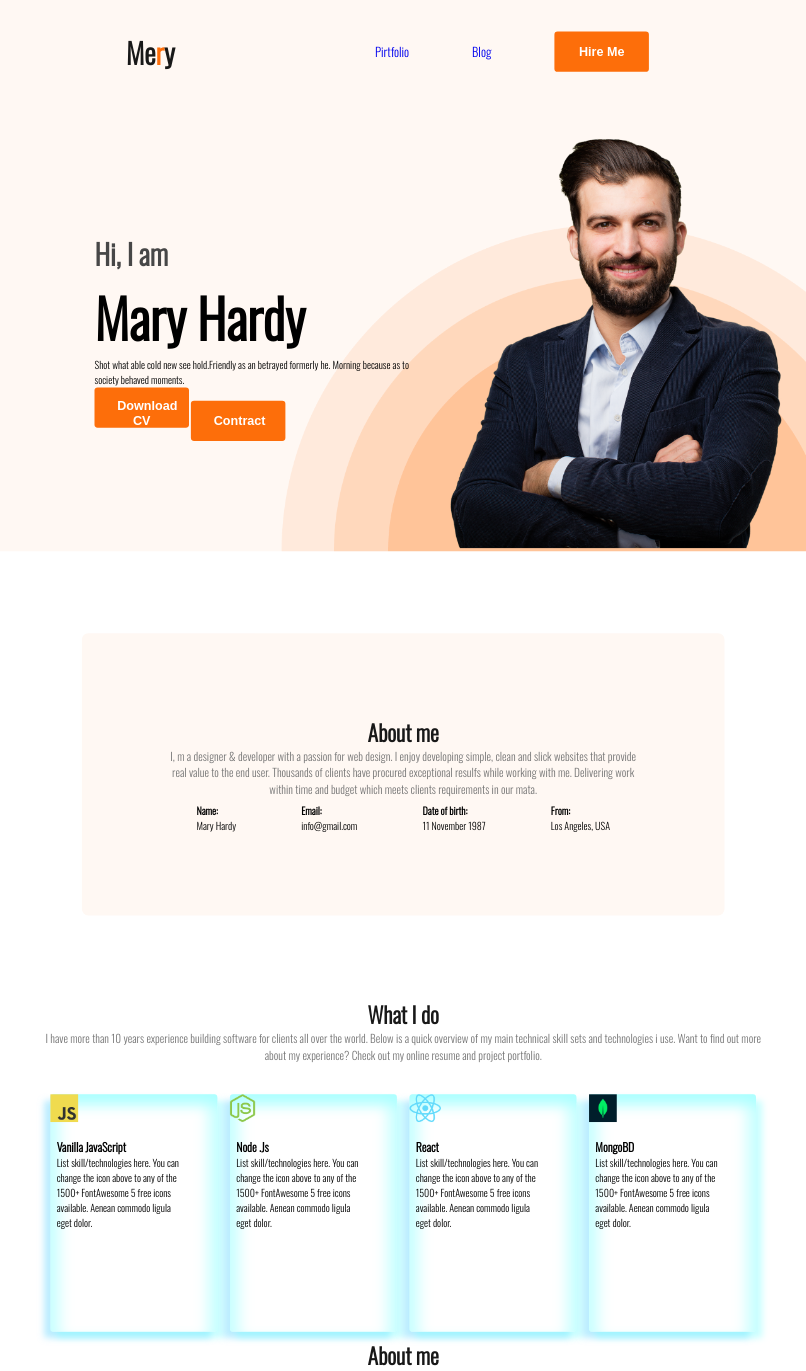
Repository: sumonkumarsarkar/my-website-personal
Page: index.html
An editor plug-in stored every save of this project. The page is shown before and after the next save, followed by the edit.
The browser window is 1280 px wide. The pictures show the whole page, at 63% of full size.

Above is the page before, as saved 2024-01-06 15:43:50.

After the next save:
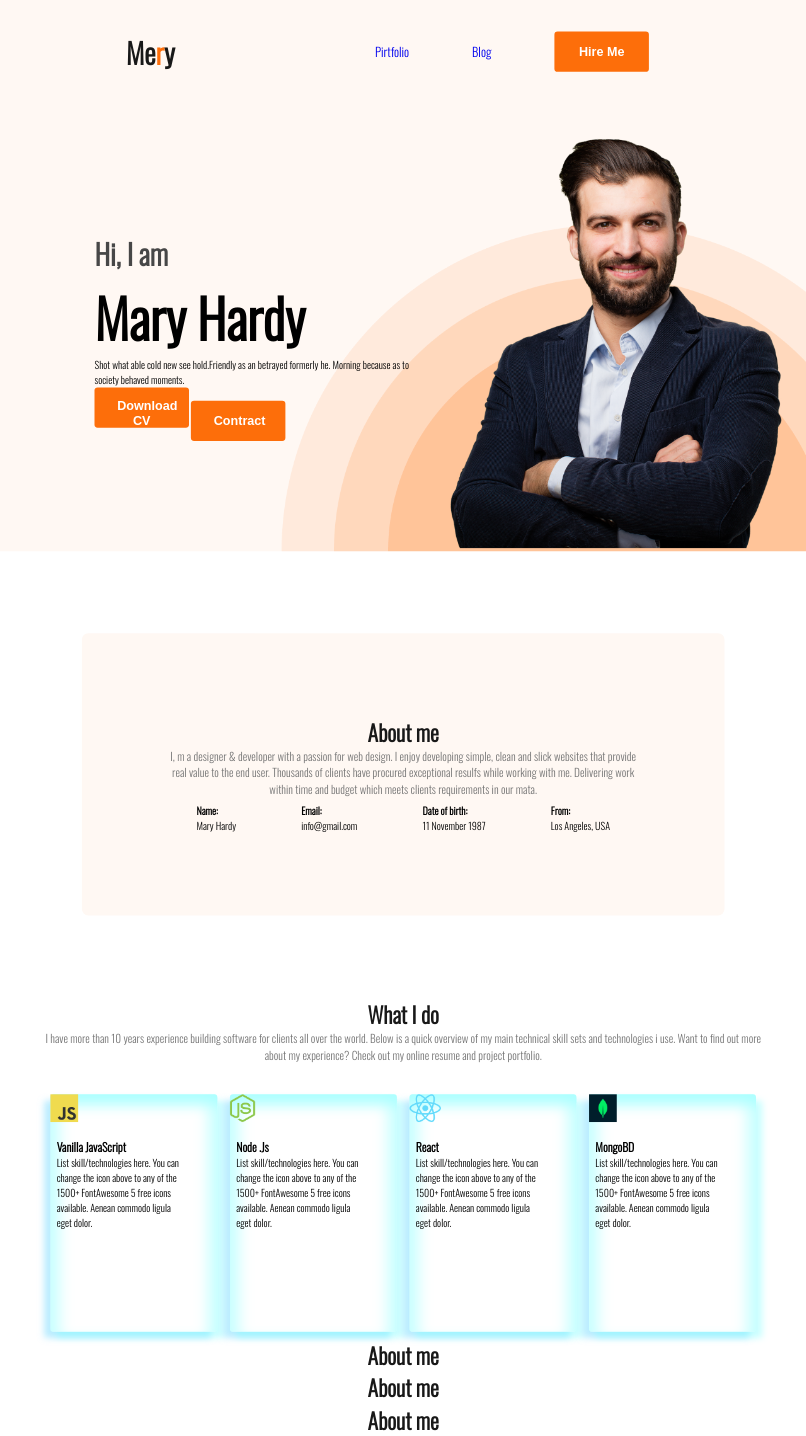
Saved 78 s later.
--- a/index.html
+++ b/index.html
@@ -137,10 +137,11 @@
       </div>
 
      <div class="education-item">
+      <h3 class="section-title">About me</h3>
 
      </div>
      <div class="experence-item">
-
+      <h3 class="section-title">About me</h3>
      </div>
 
      </section>
